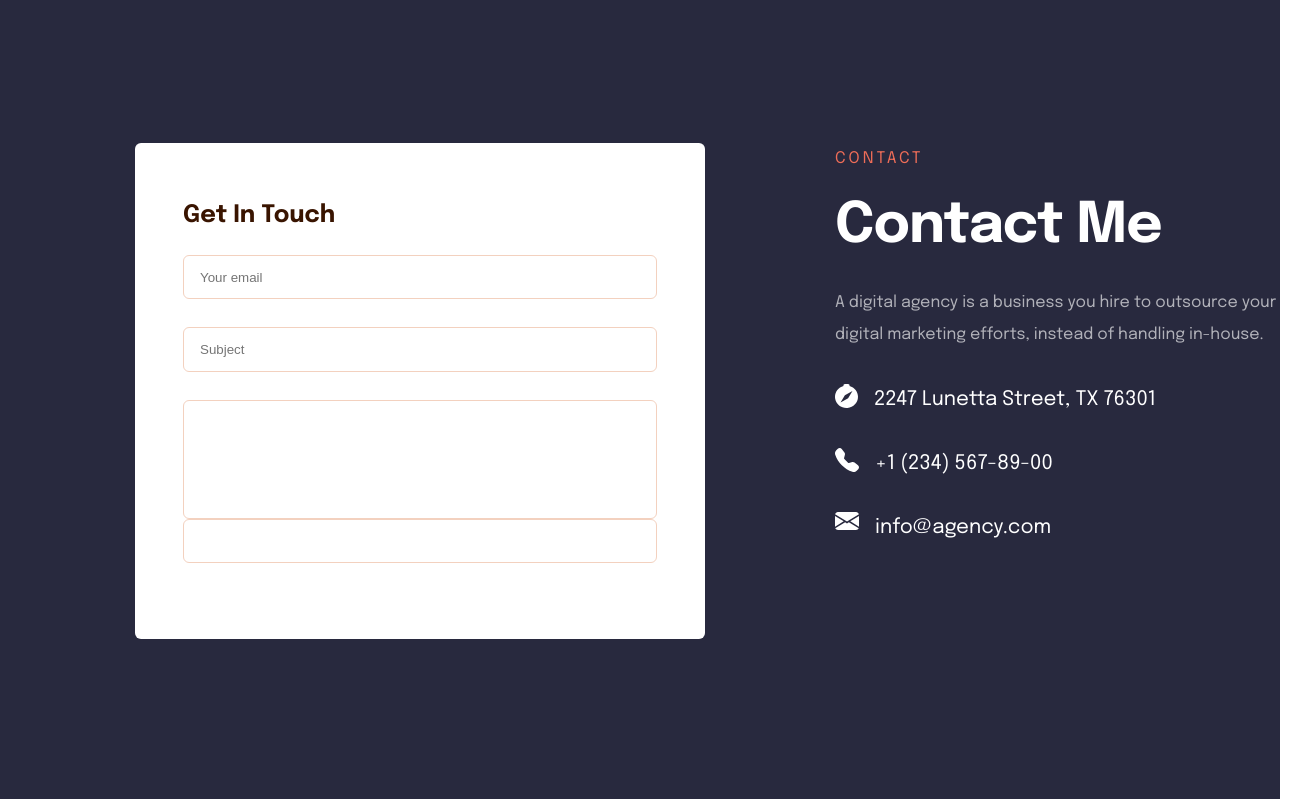
Repository: FaridRustamov09/task20
Page: index.html
An editor plug-in stored every save of this project. The page is shown before and after a run of saves, followed by the edit.
The browser window is 1280 px wide. The page is 1305 px wide, so the pictures cover 1305 px, including what lies to the right of the window. The pictures show the whole page.

Above is the page before, as saved 2024-01-13 14:29:23.

After the next 2 saves:
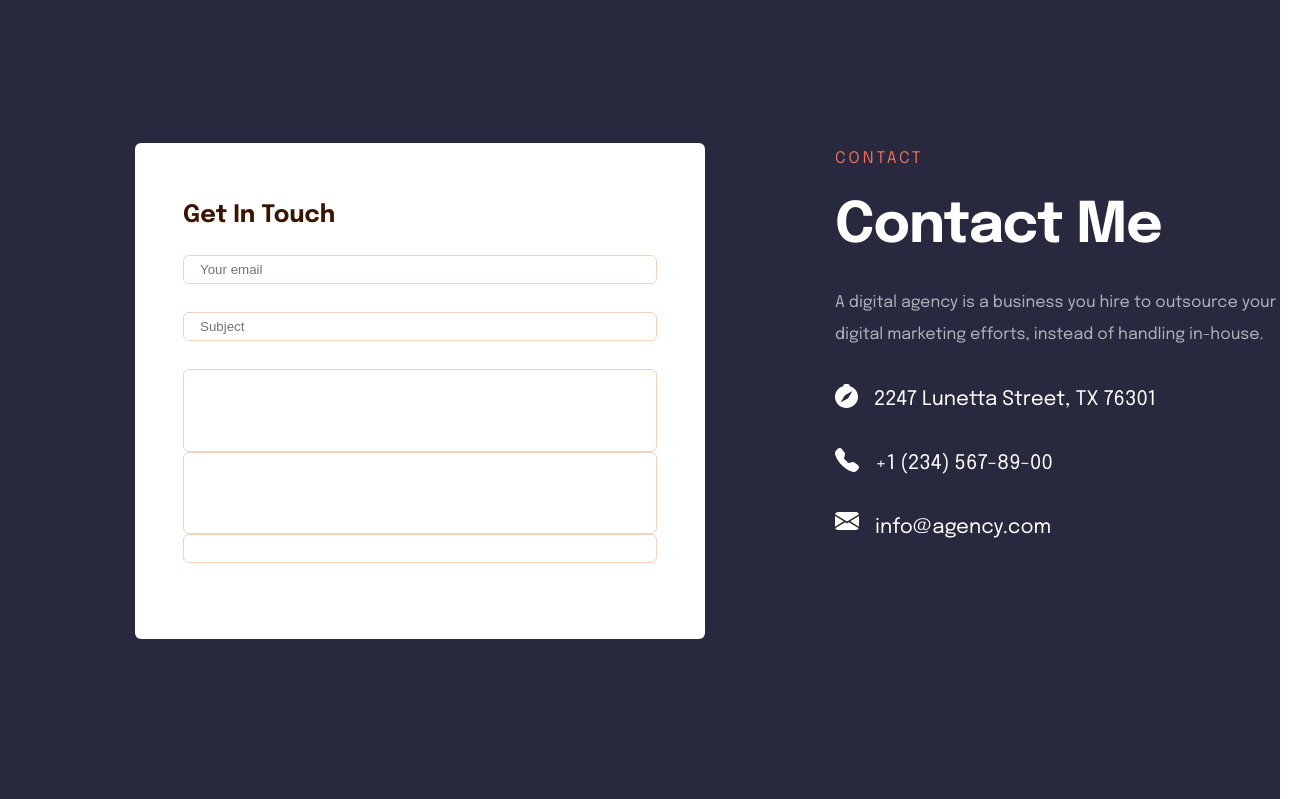
The 2 saves are shown as one change because they came seconds apart.
The last was saved 53 s later.
--- a/index.html
+++ b/index.html
@@ -18,8 +18,9 @@
       </select>
       </label> -->
         <input type="text" placeholder="Subject" />
-        <textarea placeholder=" Message" name="" id="" cols="30" rows="5">
+        <textarea placeholder="Message" name="" id="" cols="30" rows="5">
         </textarea>
+        <textarea name="" id="" cols="30" rows="10"></textarea>
         <input class="button" type="button" placeholder="Submit Now" />
       </div>
       <div class="left-box">
